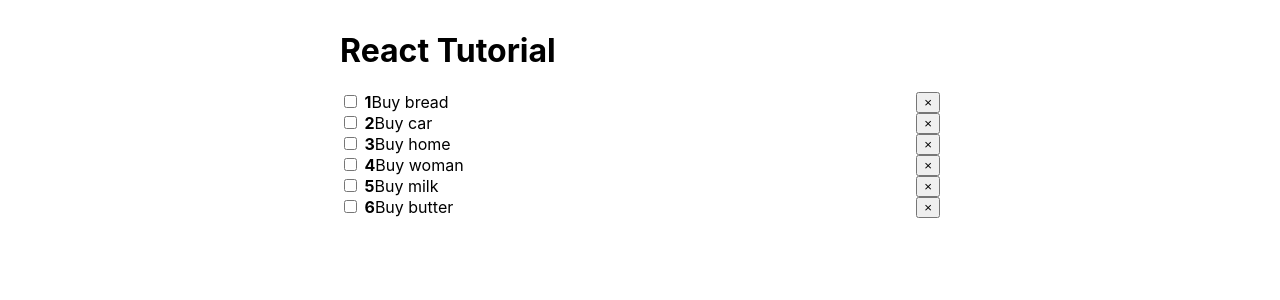
Repository: GregorPiev/rorganizer
Page: /
The author's editor kept a copy of each file at every save. The page is drawn from the files as they stood at one save, then again after the next save.
The browser window is 1280 px wide. The pictures show the whole page.
The project was rebuilt for these pictures with package versions that can differ from the ones it lists, and the page was loaded fresh each time.

Above is the page before, as saved 2020-08-18 14:05:15.

After the next save:
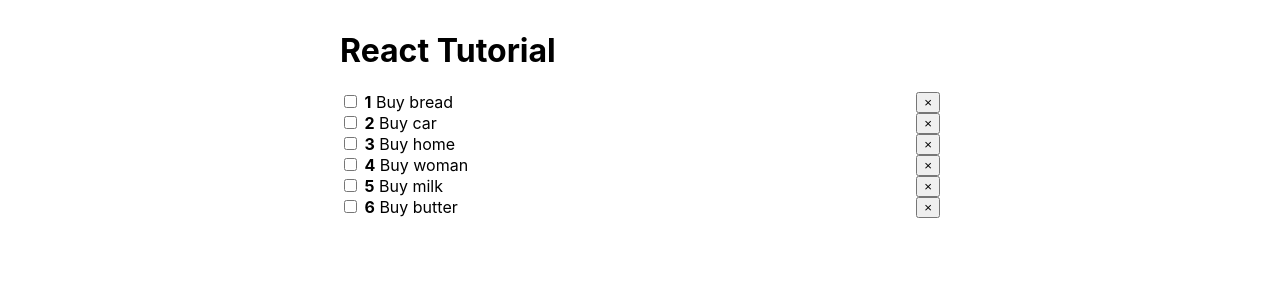
Saved 15 s later.
--- a/src/Todo/TodoItem/TodoItem.js
+++ b/src/Todo/TodoItem/TodoItem.js
@@ -8,7 +8,7 @@ function TodoItem({ todo, index }) {
         <li>
             <span>
                 <input type='checkbox' />&nbsp;
-                <strong>{index + 1}</strong>
+                <strong>{index + 1}</strong>&nbsp;
                 {todo.title}
             </span>
             <button>&times;</button>
